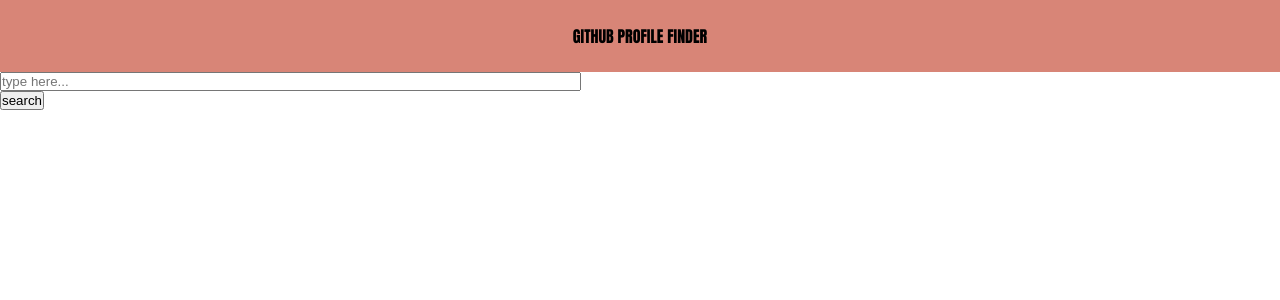
Repository: nilesjamex/githubprofilefinder
Page: index.html
An editor plug-in stored every save of this project. The page is shown before and after the next save, followed by the edit.
The browser window is 1280 px wide. The pictures show the whole page.

Above is the page before, as saved 2020-11-18 22:50:15.

After the next save:
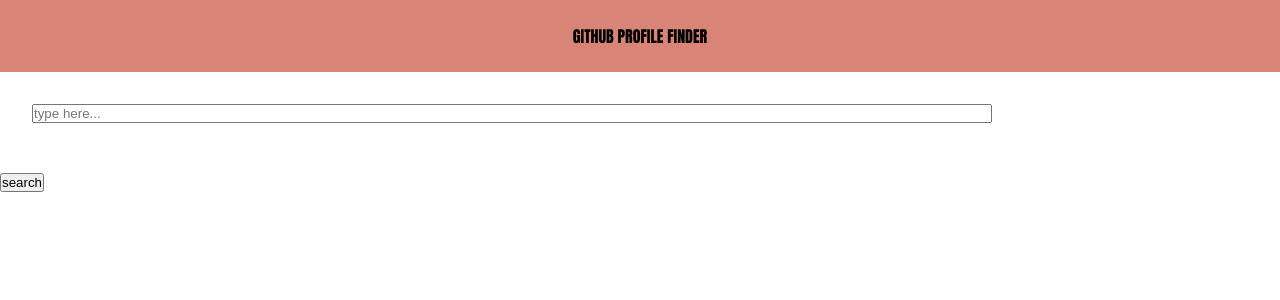
Saved 55 s later.
--- a/styles.css
+++ b/styles.css
@@ -13,7 +13,7 @@
 .nav-text{
     font-family: 'Anton', sans-serif;
 }
-input[text]{
+input[type=text]{
     width: 75%;
     display: block;
     margin: 2rem;
